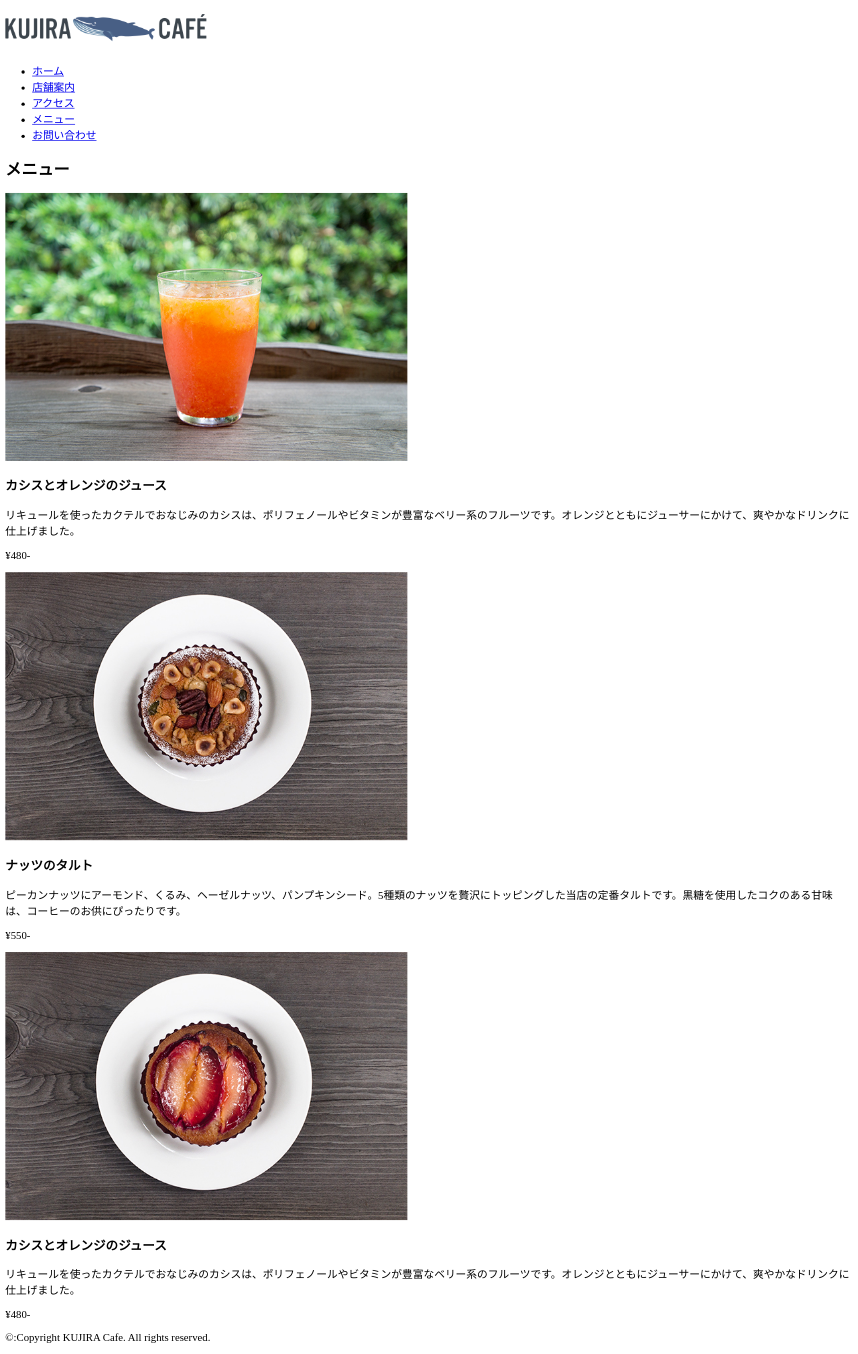
Repository: U-dias/work3
Page: cafe/menu.html
The author's editor kept a record of every edit. The page is drawn from the files as they stood at one moment, then again after the next edit.
The browser window is 1280 px wide. The pictures show the whole page, at 67% of full size.

Above is the page before.

After the next edit:
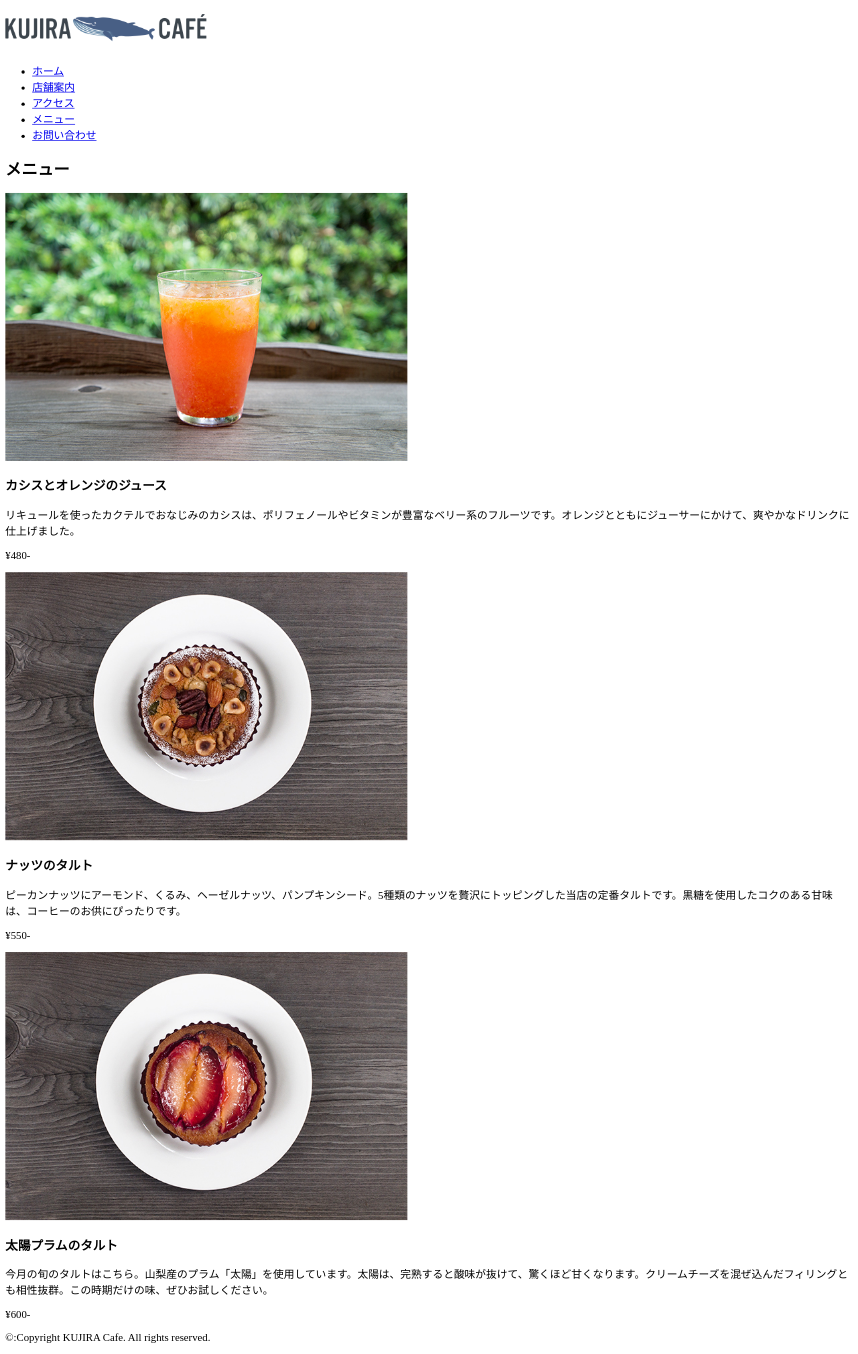
The edit:
--- a/cafe/menu.html
+++ b/cafe/menu.html
@@ -55,9 +55,9 @@
                 <img src="images/menu-photo3.jpg" alt="">
               </div>
               <div class="menu-text">
-                <h3>カシスとオレンジのジュース</h3>
-                <p>リキュールを使ったカクテルでおなじみのカシスは、ポリフェノールやビタミンが豊富なベリー系のフルーツです。オレンジとともにジューサーにかけて、爽やかなドリンクに仕上げました。</p>
-                <p>&yen;480-</p>
+                <h3>太陽プラムのタルト</h3>
+                <p>今月の旬のタルトはこちら。山梨産のプラム「太陽」を使用しています。太陽は、完熟すると酸味が抜けて、驚くほど甘くなります。クリームチーズを混ぜ込んだフィリングとも相性抜群。この時期だけの味、ぜひお試しください。</p>
+                <p>&yen;600-</p>
 
               </div>
             </div>
